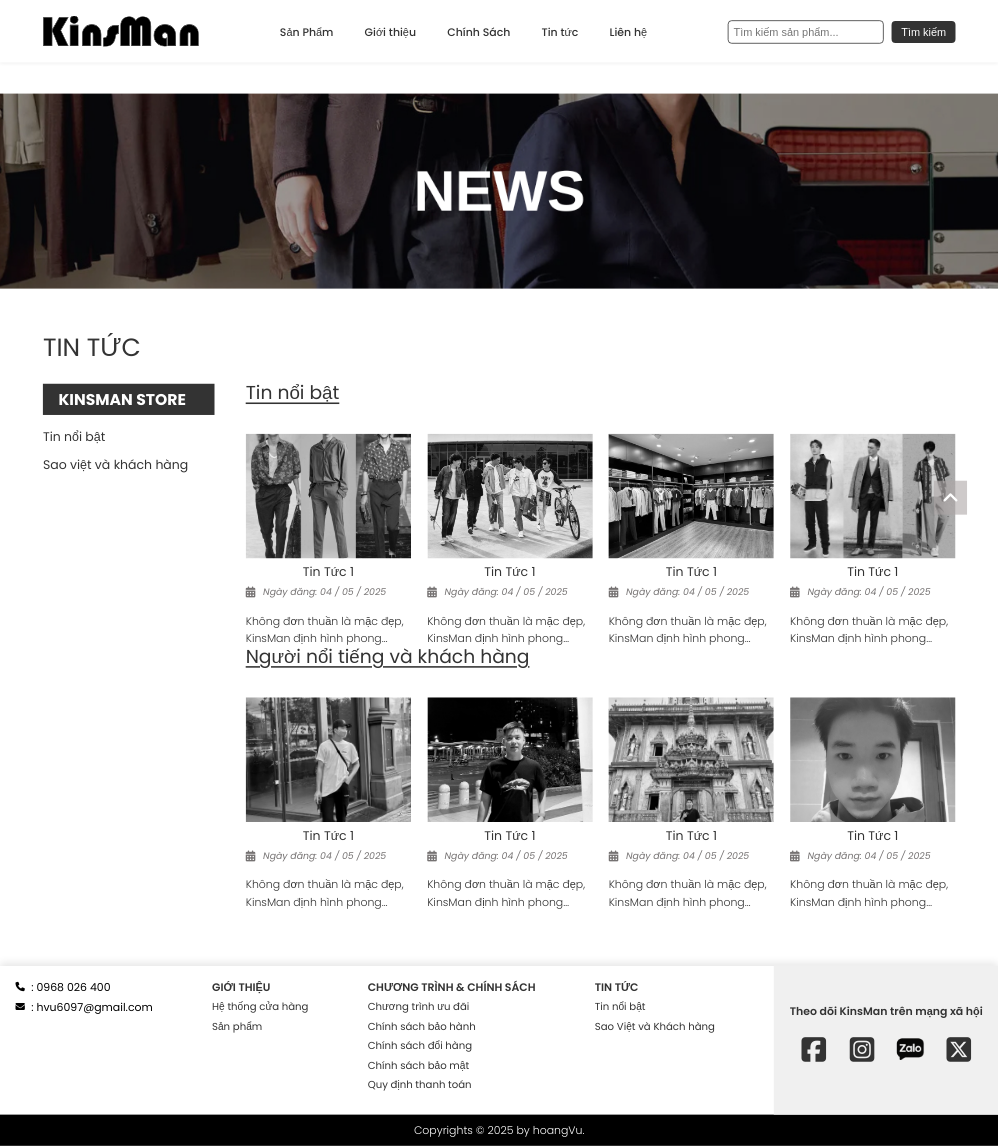
Repository: hoang28092000/kinsmanClothes
Page: category/news.html
These files come from the project's save history. The page is drawn as it stood at one moment and after the next save; the edit follows.
The browser window is 1280 px wide. The pictures show the whole page, at 78% of full size.

Above is the page before, as saved 2025-05-08 12:48:03.
Console error: TypeError: Cannot read properties of null (reading 'addEventListener')

### category/news.html
<!DOCTYPE html>
<html lang="en">
  <head>
    <meta charset="UTF-8" />
    <meta name="viewport" content="width=device-width, initial-scale=1.0" />
    <link rel="preconnect" href="https://fonts.googleapis.com" />
    <link rel="preconnect" href="https://fonts.gstatic.com" crossorigin />
    <link
      href="https://fonts.googleapis.com/css2?family=Poppins:ital,wght@0,100;0,200;0,300;0,400;0,500;0,600;0,700;0,800;0,900;1,100;1,200;1,300;1,400;1,500;1,600;1,700;1,800;1,900&display=swap"
      rel="stylesheet"
    />
    <link
      rel="stylesheet"
      href="https://cdnjs.cloudflare.com/ajax/libs/font-awesome/6.7.2/css/all.min.css"
      integrity="sha512-Evv84Mr4kqVGRNSgIGL/F/aIDqQb7xQ2vcrdIwxfjThSH8CSR7PBEakCr51Ck+w+/U6swU2Im1vVX0SVk9ABhg=="
      crossorigin="anonymous"
      referrerpolicy="no-referrer"
    />
    <link rel="stylesheet" href="../css/reset.css" />
    <link rel="stylesheet" href="../css/main.css" />
    <link rel="stylesheet" href="../css/product.css" />
    <title>KinsMan-Policy</title>
  </head>
  <body>
    <header class="header">
      <div class="container">
        <div class="content-header">
          <div class="logo">
            <a href="../index.html">
              <img
                src="../asset/logo/logo-kinsmann.svg"
                alt="KinsManClothes Logo"
              />
            </a>
          </div>
          <nav class="nav">
            <ul>
              <li><a href="./product.html">Sản Phẩm</a></li>
              <li><a href="./about-us.html">Giới thiệu</a></li>
              <li><a href="#">Chính Sách</a></li>
              <li><a href="./news.html">Tin tức</a></li>
              <li><a href="./contact.html">Liên hệ</a></li>
            </ul>
          </nav>
          <div class="search-box">
            <input type="text" placeholder="Tìm kiếm sản phẩm..." />
            <button type="submit">Tìm kiếm</button>
          </div>
        </div>
      </div>
    </header>

    <main class="main-news">
      <div class="banner-news">
        <img src="../asset/banner/banner-9.png" alt="" />
      </div>
      <div class="container">
        <h2 class="title-heading title-contact">TIN TỨC</h2>
        <div class="content-news">
          <div class="left">
            <h4>KINSMAN STORE</h4>
            <p>
              <a href="">Tin nổi bật</a>
            </p>
            <p>
              <a href="">Sao việt và khách hàng</a>
            </p>
          </div>
          <div class="right">
            <div class="body-news" id="">
              <h3 class="blog-heading">Tin nổi bật</h3>
              <div class="list-news">
                <article class="card-news">
                  <a href="">
                    <div class="img-news">
                        <img src="../asset/image/news-4.png" alt="" />
                    </div>
                    <h3 class="name-news"><a href="">
                        Tin Tức 1
                    </a></h3>
                  </a>
                  <div class="desc">
                    <div class="time-up">
                      <i class="fa-solid fa-calendar-days icon-time"></i>
                      <p class="desc-time">
                        Ngày đăng: 04 / 05 / 2025
                      </p>
                    </div>
                    <p class="desc_card-news">
                        Không đơn thuần là mặc đẹp, KinsMan định hình phong cách mới cho nam giới hiện đại: trẻ trung, khỏe khoắn và luôn sẵn sàng bứt phá. Từ áo thun basic đến sơ mi phối phá cách, mọi thiết kế đều hướng tới sự năng động trong từng chi tiết. Đặc biệt phù hợp với những chàng trai thích sự đơn giản nhưng vẫn “ăn điểm” trước đám đông.
                    </p>
                  </div>
                </article>
                <article class="card-news">
                  <a href="">
                    <div class="img-news">
                        <img src="../asset/image/news-2.webp" alt="" />
                    </div>
                    <h3 class="name-news"><a href="">
                        Tin Tức 1
                    </a></h3>
                  </a>
                  <div class="desc">
                    <div class="time-up">
                      <i class="fa-solid fa-calendar-days icon-time"></i>
                      <p class="desc-time">
                        Ngày đăng: 04 / 05 / 2025
                      </p>
                    </div>
                    <p class="desc_card-news">
                        Không đơn thuần là mặc đẹp, KinsMan định hình phong cách mới cho nam giới hiện đại: trẻ trung, khỏe khoắn và luôn sẵn sàng bứt phá. Từ áo thun basic đến sơ mi phối phá cách, mọi thiết kế đều hướng tới sự năng động trong từng chi tiết. Đặc biệt phù hợp với những chàng trai thích sự đơn giản nhưng vẫn “ăn điểm” trước đám đông.
                    </p>
                  </div>
                </article>
                <article class="card-news">
                  <a href="">
                    <div class="img-news">
                        <img src="../asset/image/news-3.jpg" alt="" />
                    </div>
                    <h3 class="name-news"><a href="">
                        Tin Tức 1
                    </a></h3>
                  </a>
                  <div class="desc">
                    <div class="time-up">
                      <i class="fa-solid fa-calendar-days icon-time"></i>
                      <p class="desc-time">
                        Ngày đăng: 04 / 05 / 2025
                      </p>
                    </div>
                    <p class="desc_card-news">
                        Không đơn thuần là mặc đẹp, KinsMan định hình phong cách mới cho nam giới hiện đại: trẻ trung, khỏe khoắn và luôn sẵn sàng bứt phá. Từ áo thun basic đến sơ mi phối phá cách, mọi thiết kế đều hướng tới sự năng động trong từng chi tiết. Đặc biệt phù hợp với những chàng trai thích sự đơn giản nhưng vẫn “ăn điểm” trước đám đông.
                    </p>
                  </div>
                </article>
                <article class="card-news">
                  <a href="">
                    <div class="img-news">
                        <img src="../asset/image/news-1.jpeg" alt="" />
                    </div>
                    <h3 class="name-news"><a href="">
                        Tin Tức 1
                    </a></h3>
                  </a>
                  <div class="desc">
                    <div class="time-up">
                      <i class="fa-solid fa-calendar-days icon-time"></i>
                      <p class="desc-time">
                        Ngày đăng: 04 / 05 / 2025
                      </p>
                    </div>
                    <p class="desc_card-news">
                        Không đơn thuần là mặc đẹp, KinsMan định hình phong cách mới cho nam giới hiện đại: trẻ trung, khỏe khoắn và luôn sẵn sàng bứt phá. Từ áo thun basic đến sơ mi phối phá cách, mọi thiết kế đều hướng tới sự năng động trong từng chi tiết. Đặc biệt phù hợp với những chàng trai thích sự đơn giản nhưng vẫn “ăn điểm” trước đám đông.
                    </p>
                  </div>
                </article>


              </div>
            </div>
            <div class="body-news" id="list-human">
              <h3 class="blog-heading">Người nổi tiếng và khách hàng</h3>
              <div class="list-news">
                <article class="card-news">
                  <a href="">
                    <div class="img-news">
                        <img src="../asset/image/celep-1.jpg" alt="" />
                    </div>
                    <h3 class="name-news"><a href="">
                        Tin Tức 1
                    </a></h3>
                  </a>
                  <div class="desc">
                    <div class="time-up">
                      <i class="fa-solid fa-calendar-days icon-time"></i>
                      <p class="desc-time">
                        Ngày đăng: 04 / 05 / 2025
                      </p>
                    </div>
                    <p class="desc_card-news">
                        Không đơn thuần là mặc đẹp, KinsMan định hình phong cách mới cho nam giới hiện đại: trẻ trung, khỏe khoắn và luôn sẵn sàng bứt phá. Từ áo thun basic đến sơ mi phối phá cách, mọi thiết kế đều hướng tới sự năng động trong từng chi tiết. Đặc biệt phù hợp với những chàng trai thích sự đơn giản nhưng vẫn “ăn điểm” trước đám đông.
                    </p>
                  </div>
                </article>
                <article class="card-news">
                  <a href="">
                    <div class="img-news">
                        <img src="../asset/image/celep-3.jpg" alt="" />
                    </div>
                    <h3 class="name-news"><a href="">
                        Tin Tức 1
                    </a></h3>
                  </a>
                  <div class="desc">
                    <div class="time-up">
                      <i class="fa-solid fa-calendar-days icon-time"></i>
                      <p class="desc-time">
                        Ngày đăng: 04 / 05 / 2025
                      </p>
                    </div>
                    <p class="desc_card-news">
                        Không đơn thuần là mặc đẹp, KinsMan định hình phong cách mới cho nam giới hiện đại: trẻ trung, khỏe khoắn và luôn sẵn sàng bứt phá. Từ áo thun basic đến sơ mi phối phá cách, mọi thiết kế đều hướng tới sự năng động trong từng chi tiết. Đặc biệt phù hợp với những chàng trai thích sự đơn giản nhưng vẫn “ăn điểm” trước đám đông.
                    </p>
                  </div>
                </article>
                <article class="card-news">
                  <a href="">
                    <div class="img-news">
                        <img src="../asset/image/celep-5.jpg" alt="" />
                    </div>
                    <h3 class="name-news"><a href="">
                        Tin Tức 1
                    </a></h3>
                  </a>
                  <div class="desc">
                    <div class="time-up">
                      <i class="fa-solid fa-calendar-days icon-time"></i>
                      <p class="desc-time">
                        Ngày đăng: 04 / 05 / 2025
                      </p>
                    </div>
                    <p class="desc_card-news">
                        Không đơn thuần là mặc đẹp, KinsMan định hình phong cách mới cho nam giới hiện đại: trẻ trung, khỏe khoắn và luôn sẵn sàng bứt phá. Từ áo thun basic đến sơ mi phối phá cách, mọi thiết kế đều hướng tới sự năng động trong từng chi tiết. Đặc biệt phù hợp với những chàng trai thích sự đơn giản nhưng vẫn “ăn điểm” trước đám đông.
                    </p>
                  </div>
                </article>
                <article class="card-news">
                  <a href="">
                    <div class="img-news">
                        <img src="../asset/image/celep-7.jpg" alt="" />
                    </div>
                    <h3 class="name-news"><a href="">
                        Tin Tức 1
                    </a></h3>
                  </a>
                  <div class="desc">
                    <div class="time-up">
                      <i class="fa-solid fa-calendar-days icon-time"></i>
                      <p class="desc-time">
                        Ngày đăng: 04 / 05 / 2025
                      </p>
                    </div>
                    <p class="desc_card-news">
                        Không đơn thuần là mặc đẹp, KinsMan định hình phong cách mới cho nam giới hiện đại: trẻ trung, khỏe khoắn và luôn sẵn sàng bứt phá. Từ áo thun basic đến sơ mi phối phá cách, mọi thiết kế đều hướng tới sự năng động trong từng chi tiết. Đặc biệt phù hợp với những chàng trai thích sự đơn giản nhưng vẫn “ăn điểm” trước đám đông.
                    </p>
                  </div>
                </article>


              </div>
            </div>
          </div>
        </div>
      </div>
    </main>
    <footer class="footer">
      <div class="content-footer">
        <ul class="info-footer">
          <li class="contact-footer">
            <i class="fa-solid fa-phone icon-footer"></i>
            <p>: 0968 026 400</p>
          </li>
          <li class="contact-footer">
            <i class="fa-solid fa-envelope icon-footer"></i>
            <p>: hvu6097@gmail.com</p>
          </li>
        </ul>
        <ul class="info-footer">
          <li class="title-footer">GIỚI THIỆU</li>
          <li>
            <a href="./about-us.html"> Hệ thống cửa hàng </a>
          </li>
          <li>
            <a href="#"> Sản phẩm </a>
          </li>
        </ul>
        <ul class="info-footer">
          <li class="title-footer">CHƯƠNG TRÌNH & CHÍNH SÁCH</li>
          <li>
            <a href="./policy.html">Chương trình ưu đãi</a>
          </li>
          <li>
            <a href="./policy.html">Chính sách bảo hành</a>
          </li>
          <li>
            <a href="./policy.html">Chính sách đổi hàng</a>
          </li>
          <li>
            <a href="./policy.html">Chính sách bảo mật</a>
          </li>
          <li>
            <a href="./policy.html">Quy định thanh toán</a>
          </li>
        </ul>
        <ul class="info-footer">
          <li class="title-footer">TIN TỨC</li>
          <li>
            <a href="./news.html">Tin nổi bật</a>
          </li>
          <li>
            <a href="./news.html">Sao Việt và Khách hàng</a>
          </li>
        </ul>
        <ul class="footer-social">
          <li class="title-footer">Theo dõi KinsMan trên mạng xã hội</li>
          <li class="links-social">
            <a href="https://www.facebook.com/profile.php?id=100008725181742">
              <i class="fa-brands fa-square-facebook icon-social"></i>
            </a>
            <a href="https://www.instagram.com/hoagkins/"
              ><i class="fa-brands fa-square-instagram icon-social"></i
            ></a>
            <a href="zalo.me/0968026400"
              ><img
                src="../asset/icon/icon-zalo2.png"
                class="img-zalo"
                alt="ZALO"
            /></a>
            <a href="https://x.com/kinsman2809"
              ><i class="fa-brands fa-square-x-twitter icon-social"></i
            ></a>
          </li>
        </ul>
      </div>
      <div class="copy_right">
        <h3>Copyrights © 2025 by hoangVu.</h3>
      </div>
    </footer>

    <div class="up-page">
      <a href="#"><i class="fa-solid fa-angle-up icon-up"></i></a>
    </div>

    <script src="./js/main.js"></script>
  </body>
</html>

### css/product.css
.main-product {
  margin-top: 80px;
}
.banner-product {
  width: 100%;
  height: 250px;
}
.banner-product img {
  width: 100%;
  height: 100%;
}
.category-product {
  margin-bottom: 70px;
}

.list-product {
  display: flex;
  justify-content: space-between;
  align-items: center;
  gap: 30px;
}
.product-link {
  text-decoration: none;
}
.product-card {
  width: 288px;
}
.img-product {
  width: 100%;
  height: 290px;
  overflow: hidden;
}
.img-product img {
  width: 100%;
  height: 100%;
  transition: transform 0.3s ease;
}
.img-product img:hover {
  transform: scale(1.1);
}
.info-card {
  padding: 10px 20px;
}
.info-card h3 {
  text-align: center;
  font-size: 1.6rem;
  color: var(--text-color);
}
.price {
  font-size: 1.4rem;
  color: var(--primary-color);
  font-weight: 600;
  text-align: center;
  margin-top: 8px;
}
.more-product {
  width: 160px;
  height: 40px;
  display: flex;
  justify-content: center;
  align-items: center;
  margin: 30px auto 0;
  background-color: #333;
  color: #fff;
  text-decoration: none;
  font-size: 1.4rem;
  border: 1px solid #333;
  transition: all 0.7s ease;
  border-radius: 5px;
}
.more-product:hover {
  background-color: #fff;
  color: #333;
}
.banner-main_second {
  width: 100%;
  height: 250px;
}

.banner-main_second img {
  width: 100%;
  height: 100%;
}

/* main_about-us */
.main-news,
.main-contact,
.main-policy,
.main_about-us {
  margin-top: 120px;
}
.content-policy .passage,
.content_about-us .passage {
  margin-bottom: 32px;
}
.content-policy h3,
.content_about-us h3 {
  font-size: 1.8rem;
  font-weight: 500;
  color: var(--text-color);
  line-height: 1.76;
  margin-bottom: 12px;
}
.content-policy p,
.content_about-us p {
  font-size: 1.6rem;
  color: #333;
  line-height: 1.85;
  margin-bottom: 10px;
  text-align: justify;
}

.map {
  position: relative;
  width: 100%;
  height: 400px;
  margin-top: 40px;
}
.map a {
  text-decoration: none;
}
.map img {
  width: 100%;
  height: 100%;
  object-fit: cover;
}
.overlay-map {
  position: absolute;
  top: 0;
  bottom: 0;
  right: 0;
  left: 0;
  display: none;
  background-color: rgba(73, 71, 71, 0.4);
}
.overlay-map h3 {
  font-size: 2.8rem;
  color: #fff;
}

.map:hover .overlay-map {
  display: flex;
  justify-content: center;
  align-items: center;
}

/* policy */
.content-policy ul {
  padding-left: 30px;
  list-style-type: disc;
}
.content-policy li {
  font-size: 1.6rem;
  color: #333;
  margin-bottom: 16px;
}
/* contact */
.banner-contact {
  width: 100%;
  height: 250px;
}
.banner-contact img {
  width: 100%;
  height: 100%;
  object-fit: cover;
}
.content-contact {
  margin-top: 70px;
}
.info-contact {
  display: flex;
  justify-content: space-between;
  align-items: center;
  gap: 60px;
}
.info-contact .left,
.info-contact .right {
  width: 550px;
}
.info-contact .left {
  padding: 20px 0;
}
.item-contact {
  display: flex;
  align-items: center;
  gap: 10px;
  margin-bottom: 20px;
}
.item-contact:last-child {
  margin-bottom: 0;
}
.item-contact i {
  font-size: 1.6rem;
  color: #333;
}
.item-contact p {
  font-size: 1.6rem;
  font-weight: 300;
  color: #333;
}

.info-contact .right img {
  width: 100%;
}
.map-contact {
  height: 250px;
}
.title-contact {
  text-align: start;
  margin-bottom: 30px;
}

/* news */
.banner-news {
  width: 100%;
  height: 250px;
  margin-bottom: 60px;
}
.banner-news img {
  width: 100%;
  height: 100%;
  object-fit: cover;
}
.content-news {
  display: flex;
  justify-content: space-between;
}
.content-news .left {
  width: 220px;
}

.content-news .left h4 {
  width: 100%;
  font-size: 2rem;
  color: #fff;
  font-weight: 700;
  background-color: #333;
  padding: 10px 20px;
  margin-bottom: 20px;
}
.content-news .left p {
  margin-bottom: 20px;
}
.content-news .left a {
  text-decoration: none;
  font-size: 1.6rem;
  color: #333;
}
.content-news .left a:hover {
  text-decoration: underline;
}

.content-news .right {
  flex: 1;
  margin-left: 40px;
}
.blog-heading {
  font-size: 2.4rem;
  color: #333;
  text-decoration: underline;
  text-underline-offset: 4px;
  text-decoration-thickness: 2px;
  margin-bottom: 40px;
}
.list-news {
  display: grid;
  grid-template-columns: repeat(4, 212px);
  gap: 20px;
}
.list-news .card-news {
  width: 100%;
}

.list-news .img-news {
  width: 100%;
  height: 160px;
  overflow: hidden;
}
.list-news .img-news img {
  width: 100%;
  height: 100%;
  object-fit: cover;
  transition: transform 0.3s ease;
}
.list-news .img-news img:hover {
  transform: scale(1.1);
}
.name-news {
  text-align: center;
  padding: 10px;
}
.name-news a {
  font-size: 1.6rem;
  color: #333;
  text-decoration: none;
}

.name-news a:hover {
  color: var(--primary-color);
}
.time-up {
  display: flex;
  align-items: center;
  gap: 10px;
  margin-bottom: 20px;
}
.icon-time {
  font-size: 1.4rem;
  color: #757272;
}
.desc-time {
  font-style: italic;
  color: #757272;
  font-size: 1.2rem;
}
.desc_card-news {
  display: -webkit-box;
  -webkit-line-clamp: 2;
  -webkit-box-orient: vertical;
  overflow: hidden;
  text-overflow: ellipsis;
  font-size: 1.4rem;
  color: #333;
  font-weight: 300;
  line-height: 1.57;
}

#list-human{

}

Loaded but not shown: css/reset.css (common file); js/main.js (19 lines, source omitted); css/main.css (480 lines, source omitted)

After the next save:
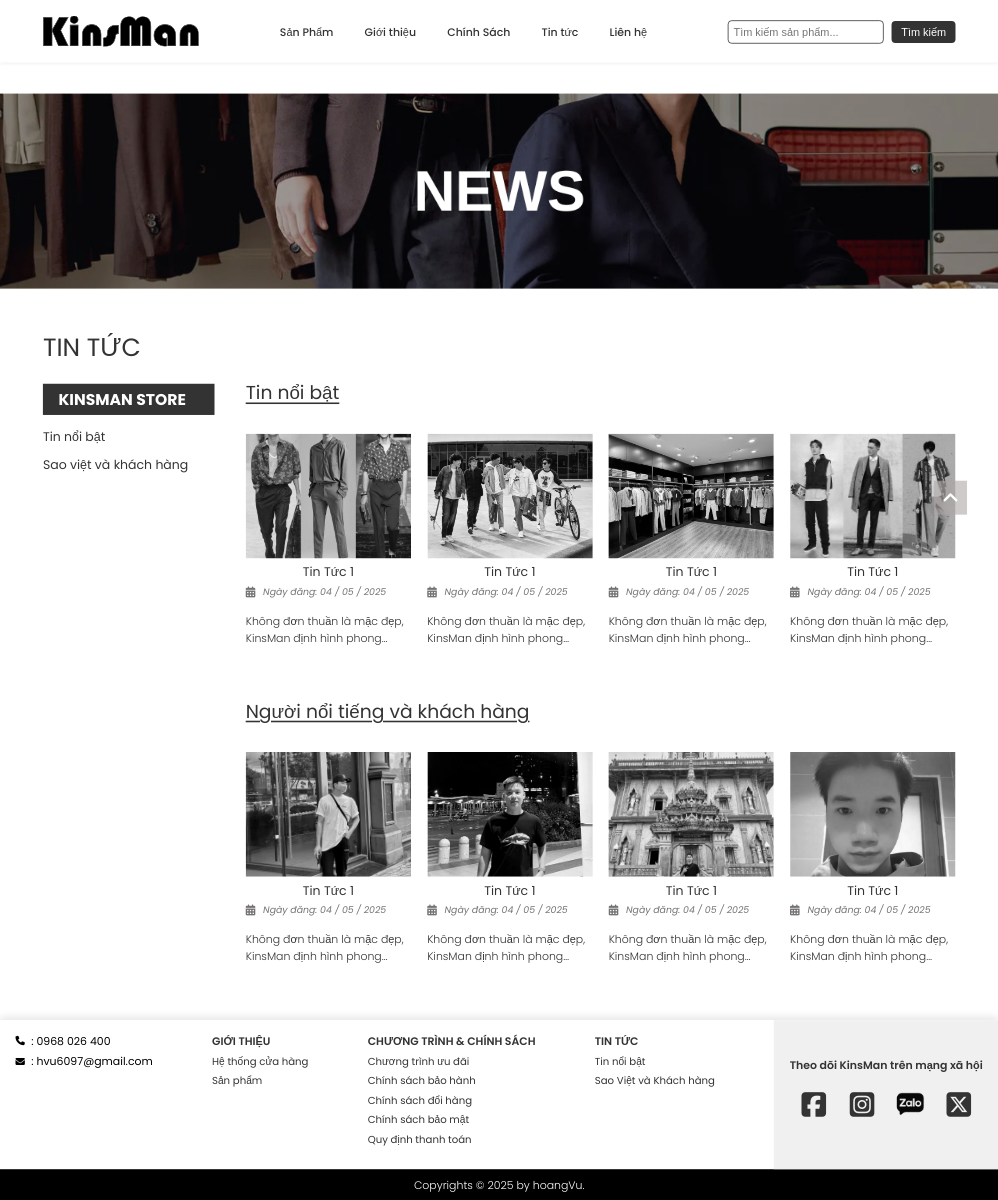
Saved 6 s later.
--- a/css/product.css
+++ b/css/product.css
@@ -326,5 +326,5 @@
 }
 
 #list-human{
-
-}
+  margin-top: 70px;
+}
